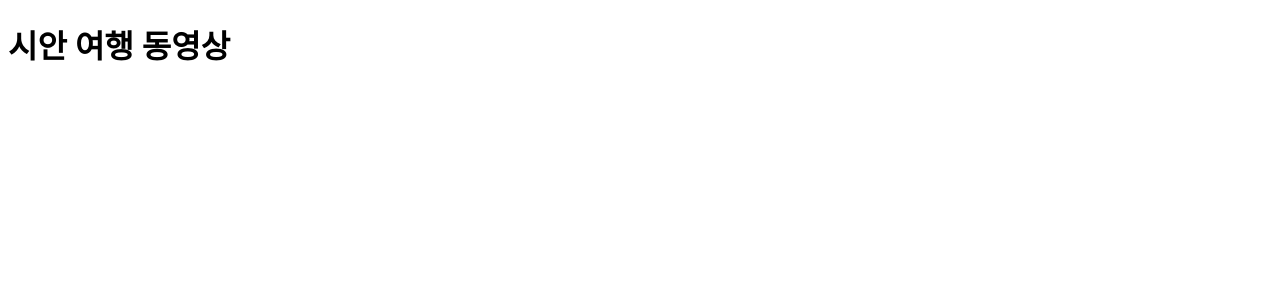
Repository: Kimhwawon/jsp_practice
Page: http://localhost/JSPBasic/JsObject/2.response/travel_xian.jsp
These files come from the project's save history. The page is drawn as it stood at one moment and after the next save; the edit follows.
The browser window is 1280 px wide. The pictures show the whole page.
The page is served by Tomcat 9.

Above is the page before, as saved 2022-02-04 05:47:59.

### JSPBasic/src/main/webapp/JsObject/2.response/travel_xian.jsp
<%@ page language="java" contentType="text/html; charset=UTF-8"
    pageEncoding="UTF-8"%>
<!DOCTYPE html>
<html>
<head>
<meta charset="UTF-8">
<title>Insert title here</title>
</head>
<body>
<h1>시안 여행 동영상</h1>
</body>
</html>

After the next save:
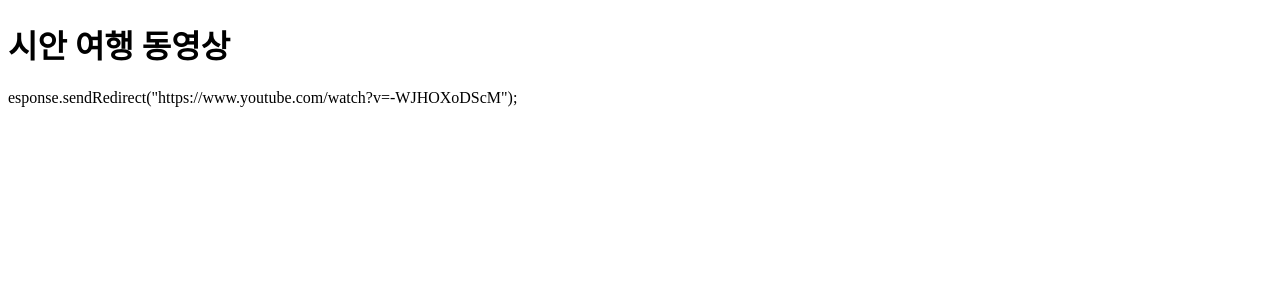
Saved 2 min 55 s later.
--- a/JSPBasic/src/main/webapp/JsObject/2.response/travel_xian.jsp
+++ b/JSPBasic/src/main/webapp/JsObject/2.response/travel_xian.jsp
@@ -8,5 +8,6 @@
 </head>
 <body>
 <h1>시안 여행 동영상</h1>
+esponse.sendRedirect("https://www.youtube.com/watch?v=-WJHOXoDScM");
 </body>
 </html>
